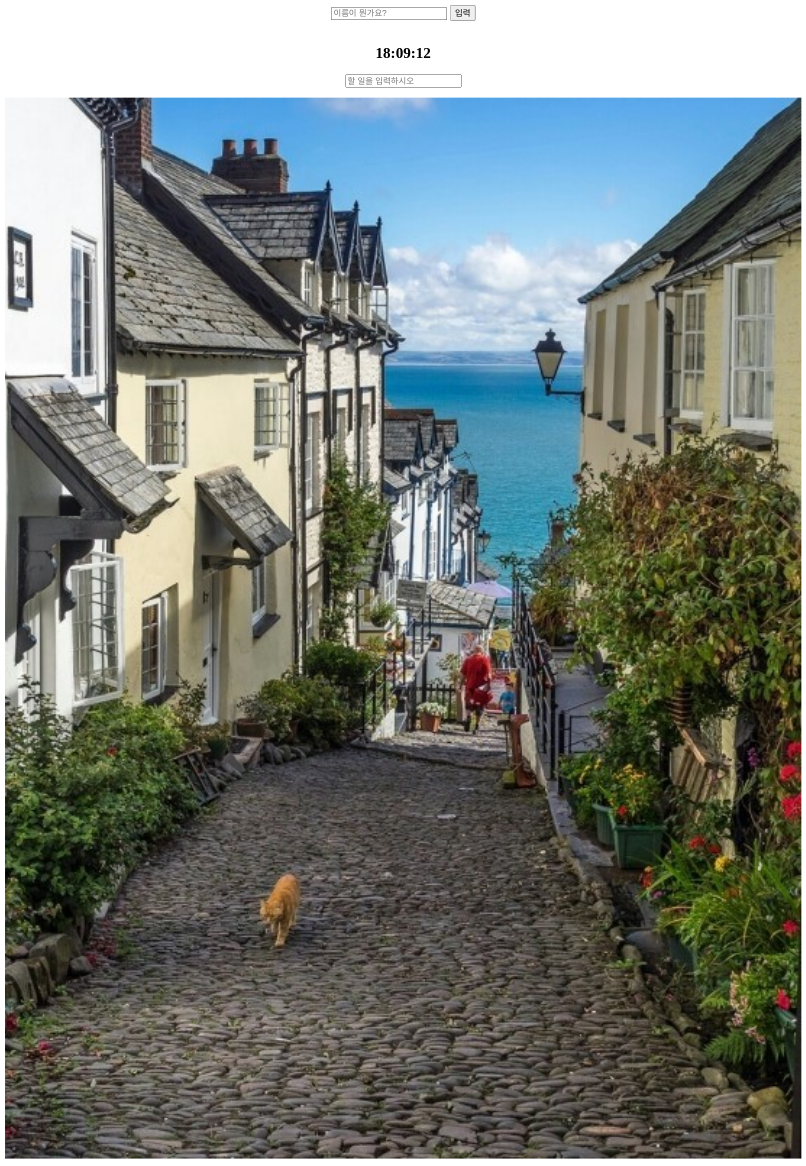
Repository: jun01270/F-E-practice
Page: index.html
These files come from the project's save history. The page is drawn as it stood at one moment and after the next save; the edit follows.
The browser window is 1280 px wide. The pictures show the whole page, at 63% of full size.

Above is the page before, as saved 2023-01-09 18:32:22.
Console error: TypeError: Cannot read properties of null (reading 'addEventListener')

### index.html
<!DOCTYPE html>
<html lang="en">
  <head>
    <meta charset="UTF-8" />
    <meta http-equiv="X-UA-Compatible" content="IE=edge" />
    <meta name="viewport" content="width=device-width, initial-scale=1.0" />
    <link rel="stylesheet" href="/css/style.css" />
    <title>Document</title>
  </head>
  <body>
    <div id="wrapper">
      <form id="userName-form" class="hidden">
        <input required type="text" placeholder="이름이 뭔가요?" />
        <input type="submit" value="입력" />
      </form>
      <br />
      <h2 id="clock">00:00:00</h2>
      <form id="todo-form">
        <input type="text" placeholder="할 일을 입력하시오" />
      </form>
      <ul id="todo-list"></ul>
      <div id="quote">
        <span></span>
        <span></span>
      </div>
    </div>
    <script src="/js/greeting.js"></script>
    <script src="/js/clock.js"></script>
    <script src="/js/quotes.js"></script>
    <script src="/js/background.js"></script>
    <script src="js/todo.js"></script>
    <script src="/js/weather.js"></script>
  </body>
</html>

### css/style.css
.hidden {
  display: none;
}

#background {
  width: 100%;
  height: 100%;
}

#wrapper {
  text-align: center;
}

### js/greeting.js
const userNameBtn = document.querySelector("#userName-form submit");
const userName = document.querySelector("#userName-form input");
const loginForm = document.querySelector("#userName-form");
const firstH1 = document.getElementById("result");
const SavedUserName = localStorage.getItem("username");
const HIDDEN_CLASSNAME = "hidden";
const toStart = document.querySelector("button.boom");

function loginResult(e) {
  e.preventDefault();
  loginForm.classList.add(HIDDEN_CLASSNAME);
  const userName1 = userName.value;
  localStorage.setItem("username", userName1);
  paintUserName();
}

function paintUserName() {
  const userName1 = localStorage.getItem("username");
  firstH1.innerText = `Hello ${userName1}`;
  firstH1.classList.remove(HIDDEN_CLASSNAME);
}

if (SavedUserName === null) {
  loginForm.classList.remove(HIDDEN_CLASSNAME);
  loginForm.addEventListener("submit", loginResult);
} else {
  paintUserName();
}

function deleteUserName() {
  localStorage.removeItem("username");
  location.reload();
}

toStart.addEventListener("click", deleteUserName);
console.log(toStart.className);

### js/clock.js
const clock = document.querySelector("h2#clock");

function getClock() {
  const date = new Date();
  let Hours = String(date.getHours()).padStart(2, "0");
  let Minutes = String(date.getMinutes()).padStart(2, "0");
  let Seconds = String(date.getSeconds()).padStart(2, "0");
  // console.log(`${date.getHours()}:${date.getMinutes()}:${date.getSeconds()}`);
  clock.innerText = `${Hours}:${Minutes}:${Seconds}`;
}

getClock();
setInterval(getClock, 1000);

### js/quotes.js
const quotes = [
  {
    quote: "삶이 있는 한 희망은 있다",
    author: "-키케로",
  },
  {
    quote: "산다는것 그것은 치열한 전투이다.",
    author: "-로망로랑",
  },
  {
    quote: "하루에 3시간을 걸으면 7년 후에 지구를 한바퀴 돌 수 있다. ",
    author: "-사무엘존슨",
  },
  {
    quote: "언제나 현재에 집중할수 있다면 행복할것이다. ",
    author: "-파울로 코엘료",
  },
  {
    quote:
      "진정으로 웃으려면 고통을 참아야하며 , 나아가 고통을 즐길 줄 알아야 해 ",
    author: "-찰리 채플린",
  },
  {
    quote: "직업에서 행복을 찾아라. 아니면 행복이 무엇인지 절대 모를 것이다 ",
    author: "-엘버트 허버드",
  },
  {
    quote: "신은 용기있는자를 결코 버리지 않는다 ",
    author: "-켄러",
  },
  {
    quote:
      "행복의 문이 하나 닫히면 다른 문이 열린다 그러나 우리는 종종 닫힌 문을 멍하니 바라보다가 우리를 향해 열린 문을 보지 못하게 된다 ",
    author: "–헬렌켈러",
  },
  {
    quote: "피할수 없으면 즐겨라 ",
    author: "–로버트 엘리엇",
  },
];
const quoteCount = quotes.length;
const quote = document.querySelector("#quote span:first-child");
const author = document.querySelector("#quote span:last-child");
const todaysQuote = quotes[Math.floor(Math.random() * quoteCount)];

function showQuote() {
  console.log(quotes[Math.floor(Math.random() * quoteCount)]);
  quote.innerText = todaysQuote.quote;
  author.innerText = todaysQuote.author;
}

// setInterval(showQuote, 1000);

### js/background.js
const images = ["flower.jpg", "street.jpg", "tree.jpg"];
const chosenImage = images[Math.floor(Math.random() * images.length)];
const bgImage = document.createElement("img");
const content = document.getElementById("wrapper");
bgImage.id = "background";

bgImage.src = `img/${chosenImage}`;

document.body.appendChild(bgImage);
// bgImage.appendChild(content);

console.log(content);

### js/todo.js
const toDoForm = document.getElementById("todo-form");
const toDoInput = document.querySelector("#todo-form input");
const toDoLi = document.querySelector("#todo-list li");
const toDoList = document.getElementById("todo-list");
const TODOS_KEY = "todos";
let toDos = [];

function saveToDoLists() {
  localStorage.setItem(TODOS_KEY, JSON.stringify(toDos));
}

function deleteToDo(e) {
  const todoLi = e.target.parentNode;
  todoLi.remove();
  const cleanToDos = toDos.filter((toDo) => toDo.id !== todoLi.id);
  toDos = cleanToDos;
  saveToDoLists();
}

function paintToDo(newToDoObj) {
  const listOfToDo = document.createElement("div");
  listOfToDo.id = newToDoObj.Id;
  const span = document.createElement("span");
  span.innerText = newToDoObj.text;
  const deleteButton = document.createElement("button");
  deleteButton.innerText = "X";
  deleteButton.addEventListener("click", deleteToDo);
  listOfToDo.appendChild(span);
  listOfToDo.appendChild(deleteButton);
  toDoList.appendChild(listOfToDo);
}

function handleToDoSubmit(e) {
  e.preventDefault();
  const newToDo = toDoInput.value;
  toDoInput.value = "";
  const newToDoObj = {
    text: newToDo,
    id: toDos.length + 1,
  };
  toDos.push(newToDoObj);
  paintToDo(newToDoObj);
  saveToDoLists();
}

toDoForm.addEventListener("submit", handleToDoSubmit);

const getToDo = localStorage.getItem(TODOS_KEY);
if (getToDo !== null) {
  const parseToDo = JSON.parse(getToDo);
  toDos = parseToDo;
  parseToDo.forEach(paintToDo);
}

### js/weather.js
const API_KEY = "fbf7375beaa21a73574692bdaef4a2e7";

function onGeoSuc(position) {
  const lat = position.coords.latitude;
  const lon = position.coords.longitude;
  console.log("Your position is", lat, lon);
  const url = `https://api.openweathermap.org/geo/1.0/reverse?lat=${lat}&lon=${lon}&limit={limit}&appid=${API_KEY}`;
  console.log(url);
}

function onGeoErr() {
  alert("위치를 찾을 수 없습니다.");
}
navigator.geolocation.getCurrentPosition(onGeoSuc, onGeoErr);

After the next save:
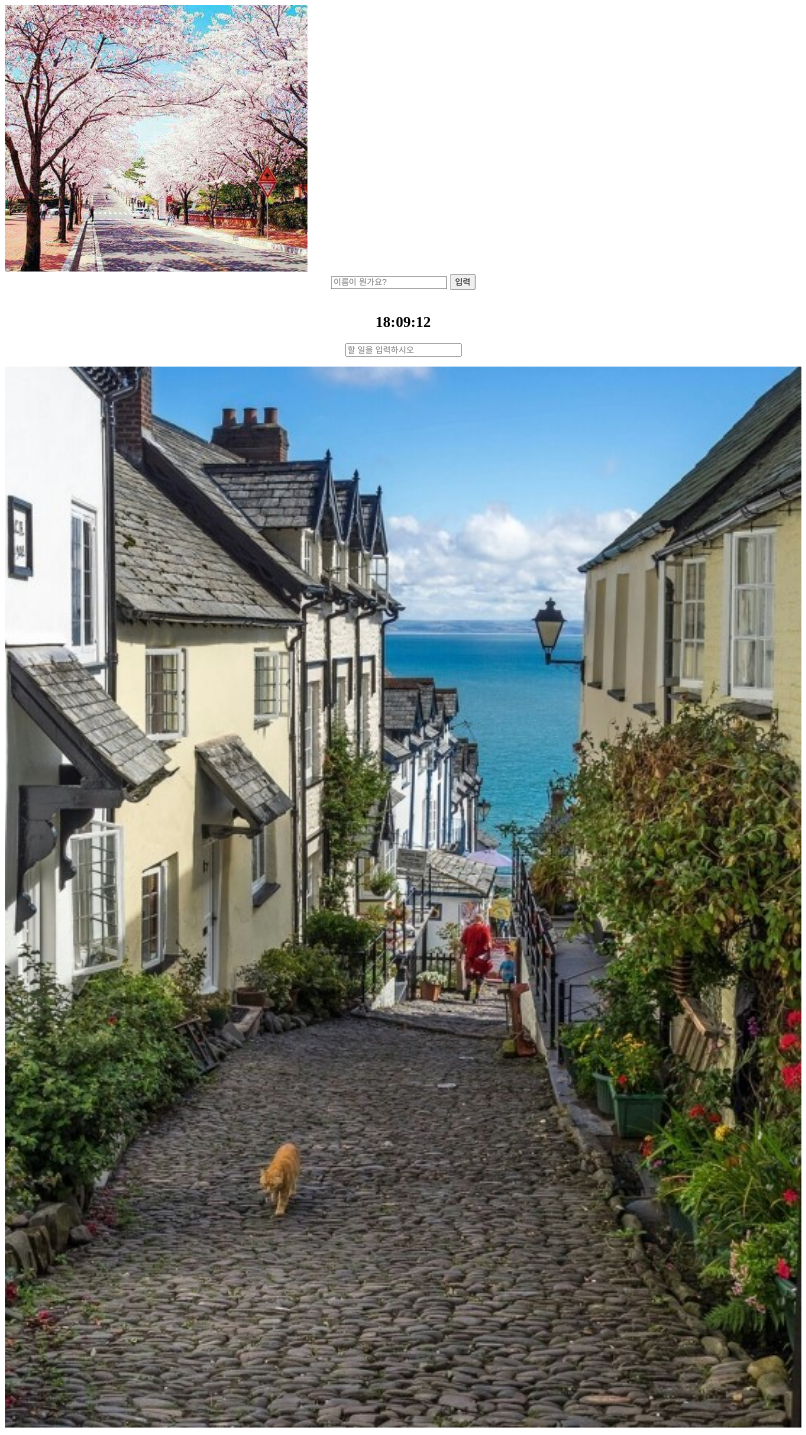
Saved 2 min 5 s later.
--- a/index.html
+++ b/index.html
@@ -7,6 +7,7 @@
     <link rel="stylesheet" href="/css/style.css" />
     <title>Document</title>
   </head>
+  <img src="/img/flower.jpg"
   <body>
     <div id="wrapper">
       <form id="userName-form" class="hidden">
